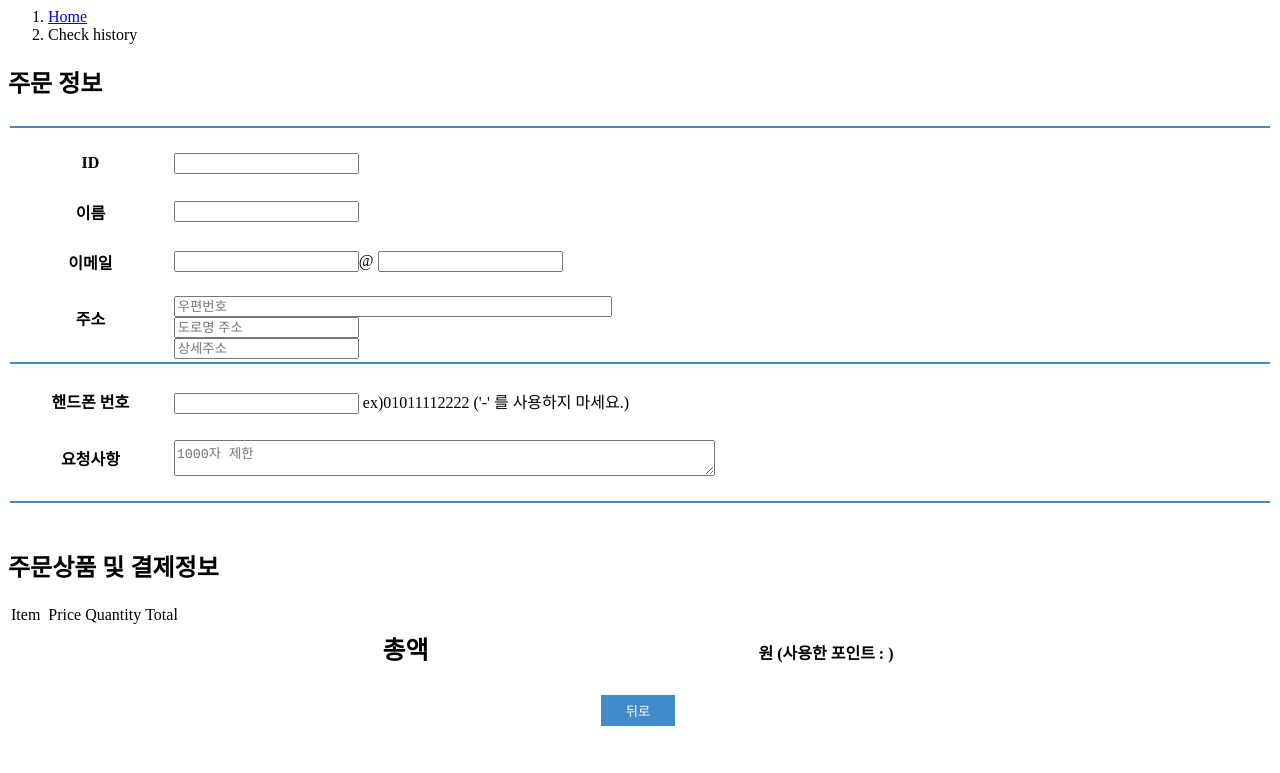
Repository: Toriikk/SpringProject_Bookstay
Page: http://localhost/geniebook/WEB-INF/views/member/historyDetail.jsp
An editor plug-in stored every save of this project. The page is shown before and after the next save, followed by the edit.
The browser window is 1280 px wide. The pictures show the whole page.
The page is served by Tomcat 9. Nobody is signed in. Other server files are loaded and not shown. The template is opened directly, without the code that normally fills it, so the values that code supplies are empty.

Above is the page before, as saved 2022-08-31 07:54:42.
Console error: ReferenceError: $ is not defined

### geniebook/src/main/webapp/WEB-INF/views/member/historyDetail.jsp
<%@ page language="java" contentType="text/html; charset=UTF-8"
	pageEncoding="UTF-8"%>
<%@ taglib prefix="c" uri="http://java.sun.com/jsp/jstl/core"%>
<%@ taglib prefix="fn" uri="http://java.sun.com/jsp/jstl/functions"%>

<c:set var="contextPath" value="${pageContext.request.contextPath}" />
<%
	request.setCharacterEncoding("UTF-8");
%>

<body onload="email_split();">


	<div class="container">

			<div class="breadcrumbs">
				<ol class="breadcrumb">
					<li><a href="#">Home</a></li>
					<li class="active">Check history</li>
				</ol>
			</div>


			<div class="container">
				<h2>주문 정보</h2>


				<table
					style="width: 100%; padding: 5px 0 5px 0; float: none; margin: 0 auto;">
					<tr height="2" bgcolor="#428bca">
						<td colspan="2"></td>
					</tr>
					<tr>
						<th><br></th>
					</tr>
					<tr>
						<th>ID</th><td><input type="text" name="id" readonly="readonly" value="${history.id }"></td>
					</tr>
					<tr>
						<th><br></th>
					</tr>
					<tr>
						<th>이름</th>
						<td><input type="text" name="name" id="name"
							value="${history.name }" readonly="readonly"></td>
					</tr>
					<script>
						function email_split() {
							var email = ("${history.email}").split('@', 2);
							$("#email_id").val(email[0]);
							$("#email_dns").val(email[1]);
						}
					</script>
					<tr>
						<th><br></th>
					</tr>
					<tr>
						<th>이메일</th>
						<td><input type='text' id="email_id" readonly="readonly">@ <input
							type='text' id="email_dns" readonly="readonly">

					</tr>
					<tr>
						<th>주소</th>
						<td><br>
							<div class="form-group">
								<input class="form-control" style="width: 40%; display: inline;"
									placeholder="우편번호" name="addr_num" id="addr_num" type="text"
									readonly="readonly" value="${history.addr_num }">
							</div>
							<div class="form-group">
								<input class="form-control" style="top: 5px;"
									placeholder="도로명 주소" name="addr_road" id="addr_road"
									type="text" readonly="readonly" value="${history.addr_road }" />
							</div>
							<div class="form-group">
								<input class="form-control" placeholder="상세주소"
									name="addr_detail" id="addr_detail" type="text"
									value="${history.addr_detail }" readonly="readonly" />
							</div></td>
					<tr height="2" bgcolor="#428bca">
						<td colspan="2"></td>
					</tr>

					<tr>
						<th><br></th>
					</tr>
					<tr>
						<th>핸드폰 번호</th>
						<td><input type="text" name="phoneNum" id="phoneNum"
							value="${history.phoneNum }" maxlength="11" readonly="readonly">
							ex)01011112222 ('-' 를 사용하지 마세요.)
					</tr>
					<tr>
						<th><br></th>
					</tr>
					<tr>
						<th>요청사항</th>
						<td colspan="2"><textarea style="" name="content" rows="2"
								cols="65" maxlength="1000" placeholder="1000자 제한" readonly="readonly">${history.content}</textarea>
					</tr>
					<tr>
						<th><br> <input type="hidden"
							name="${_csrf.parameterName}" value="${_csrf.token}" /></th>
					</tr>
					<tr height="2" bgcolor="#428bca">
						<td colspan="2"></td>

					</tr>
				</table>
			</div>
			<br>
			<h2>주문상품 및 결제정보</h2>
			<section id="cart_items">
				<div class="table-responsive cart_info">
					<table class="table table-condensed">
						<thead>
							<tr class="cart_menu">
								<td class="image">Item</td>
								<td class="description"></td>
								<td class="price">Price</td>
								<td class="quantity">Quantity</td>
								<td class="total">Total</td>
								<td></td>
							</tr>
						</thead>
						<tbody>
							<c:if test="${fn:length(product)-1 > -1}">
								<c:forEach var="i" begin="0" end="${fn:length(product)-1}"
									step="1" varStatus="status">
									<tr>
										<td class="cart_product"><a href="${contextPath}/productDetail?bookNo=${product[i].bookNo}"><c:if
													test="${not empty product[i].imageFileName}">
													<img
														src="${contextPath}/download2.do?imageFileName=${product[i].imageFileName}&category=${product[i].category}"
														id="image" style="width: 90px; height: 150px;" />
												</c:if></a></td>
										<td class="cart_description">
											<h4>
												&nbsp;&nbsp;&nbsp;<a href="${contextPath}/productDetail?bookNo=${product[i].bookNo}">${product[i].bookName }</a>
											</h4>
											<p>&nbsp;&nbsp;&nbsp;&nbsp;${product[i].writer }</p>
										</td>
										<td class="cart_price">
											<p>${historyList[i].price }원</p>
										</td>
										<td class="cart_quantity"><input
											class="cart_quantity_input" type="text"
											id="quantity${status.index}"
											value="${historyList[i].quantity }" autocomplete="off"
											readonly="readonly" size="2"></td>
										<td class="cart_total">
											<p class="cart_total_price">
												<input type="text" size="8" id="totalPrice${status.index}"
													readonly="readonly" style="border: 0;"
													value="${historyList[i].price * historyList[i].quantity }원">
											</p>
										</td>

									</tr>
								</c:forEach>
							</c:if>

						</tbody>
					</table>
				</div>
			</section>


			<table align="center">
				<tr>
					<td>
						<h4>
							<span style="text-align :right; font-size : 25px;">총액</span> <span> <input
								style="border: 0; text-align: right; background: white; font-size : 25px;"
								type="text" id="grandTotal2" value="${history.grandTotal}" readonly>원
							</span>
							<span>(사용한 포인트 : ${history.point })</span>
						</h4>
					</td>
				</tr>
				<tr>
				<th>
				</th>
				</tr>
				<tr style="margin:0 auto; align:center;">
				<td align="center">
					<button type="button"
						onclick="history.go(-1);" style="background: #428bca; border: medium none; border-radius: 0; color: #FFFFFF; font-family: 'Roboto', sans-serif; padding: 6px 25px;">
						뒤로</button>
				<td>
				</tr>
			</table>

		<br>
		<br>
	</div>
</body>
<!--/#cart_items-->

After the next save:
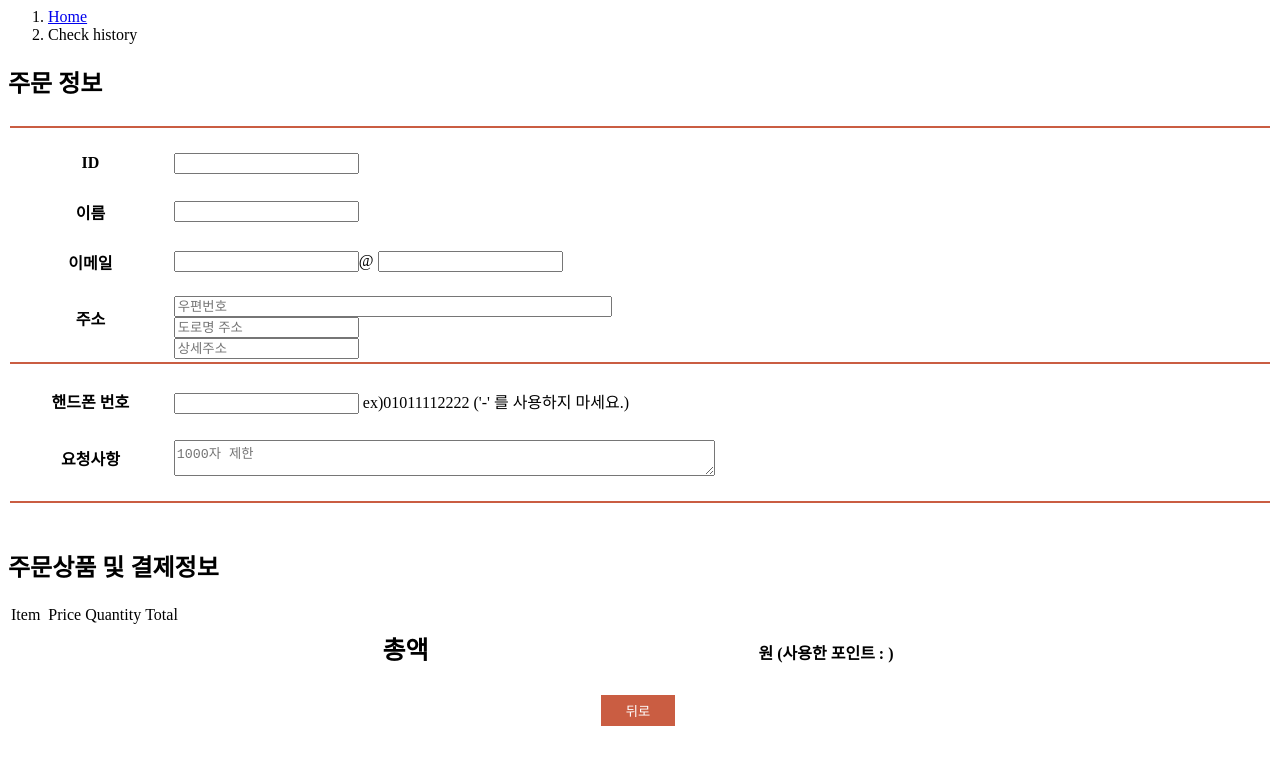
Saved 11 s later.
--- a/geniebook/src/main/webapp/WEB-INF/views/member/historyDetail.jsp
+++ b/geniebook/src/main/webapp/WEB-INF/views/member/historyDetail.jsp
@@ -27,7 +27,7 @@
 
 				<table
 					style="width: 100%; padding: 5px 0 5px 0; float: none; margin: 0 auto;">
-					<tr height="2" bgcolor="#428bca">
+					<tr height="2" bgcolor="#ca5d42">
 						<td colspan="2"></td>
 					</tr>
 					<tr>
@@ -78,7 +78,7 @@
 									name="addr_detail" id="addr_detail" type="text"
 									value="${history.addr_detail }" readonly="readonly" />
 							</div></td>
-					<tr height="2" bgcolor="#428bca">
+					<tr height="2" bgcolor="#ca5d42">
 						<td colspan="2"></td>
 					</tr>
 
@@ -103,7 +103,7 @@
 						<th><br> <input type="hidden"
 							name="${_csrf.parameterName}" value="${_csrf.token}" /></th>
 					</tr>
-					<tr height="2" bgcolor="#428bca">
+					<tr height="2" bgcolor="#ca5d42">
 						<td colspan="2"></td>
 
 					</tr>
@@ -186,7 +186,7 @@
 				<tr style="margin:0 auto; align:center;">
 				<td align="center">
 					<button type="button"
-						onclick="history.go(-1);" style="background: #428bca; border: medium none; border-radius: 0; color: #FFFFFF; font-family: 'Roboto', sans-serif; padding: 6px 25px;">
+						onclick="history.go(-1);" style="background: #ca5d42; border: medium none; border-radius: 0; color: #FFFFFF; font-family: 'Roboto', sans-serif; padding: 6px 25px;">
 						뒤로</button>
 				<td>
 				</tr>
